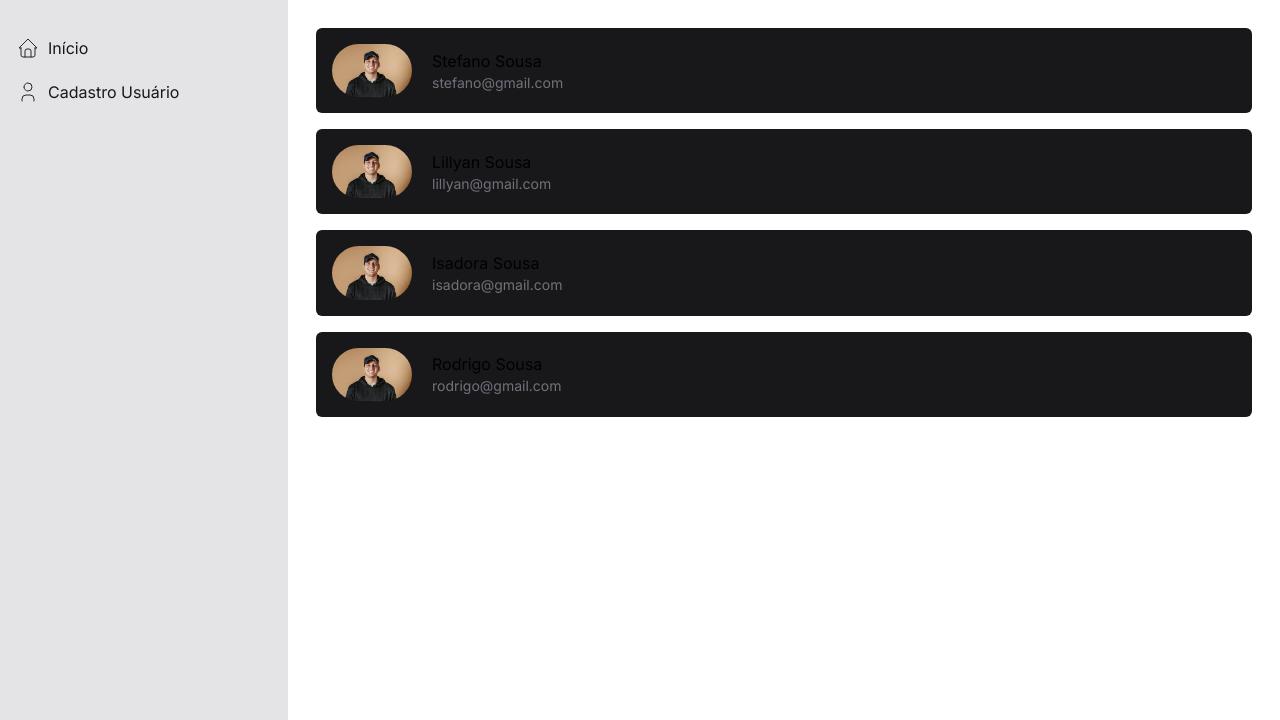
Repository: stefanosousaa/app-bd
Page: /usuarios
An editor plug-in stored every save of this project. The page is shown before and after the next save, followed by the edit.
The browser window is 1280 px wide. The pictures show the whole page.
The project was rebuilt for these pictures with package versions that can differ from the ones it lists, and the page was loaded fresh each time. The framework's server and built-in components were replaced by stand-ins that run in the browser. Also part of the build but not shown: next.config.mjs.

Above is the page before, as saved 2024-05-25 23:48:23.

After the next save:
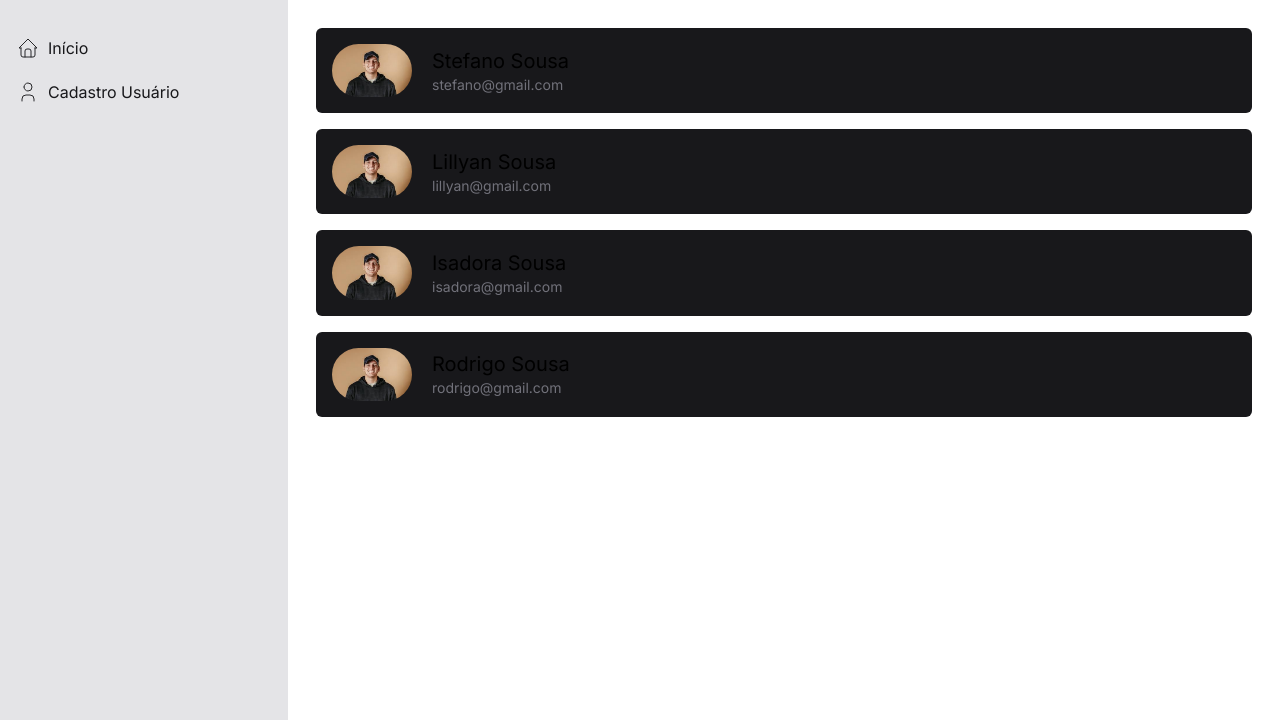
Saved 23 s later.
--- a/src/app/components/usuario/LinhaUsuario.tsx
+++ b/src/app/components/usuario/LinhaUsuario.tsx
@@ -19,7 +19,7 @@ export default function LinhaUsuario(props: LinhaUsuarioProps){
 
 
             <div className=" flex flex-col">
-              <span>{props.usuario.nome}</span>
+              <span className="text-xl">{props.usuario.nome}</span>
               <span className="text-sm text-zinc-500">{props.usuario.email}</span>
             </div>
 
